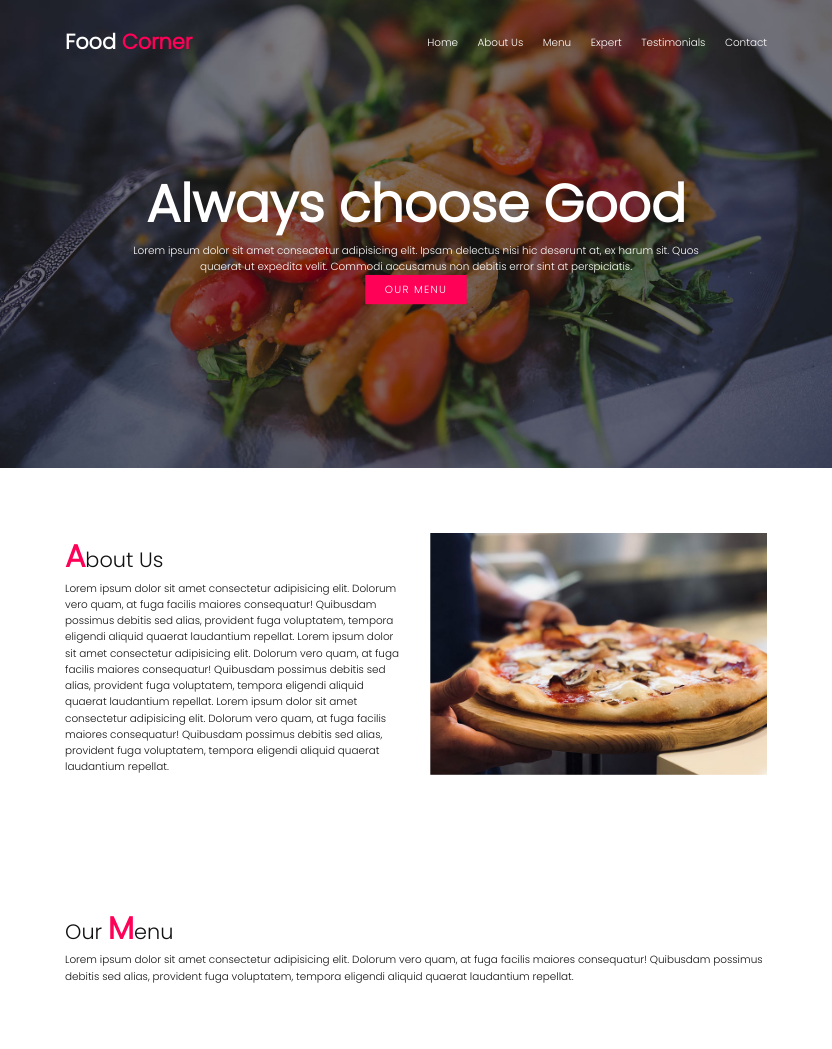
Repository: Adriandias1997/MobileFriendly_FoodWebsite
Page: index.html
An editor plug-in stored every save of this project. The page is shown before and after the next save, followed by the edit.
The browser window is 1280 px wide. The pictures show the whole page, at 65% of full size.

Above is the page before, as saved 2020-10-16 13:26:15.

After the next save:
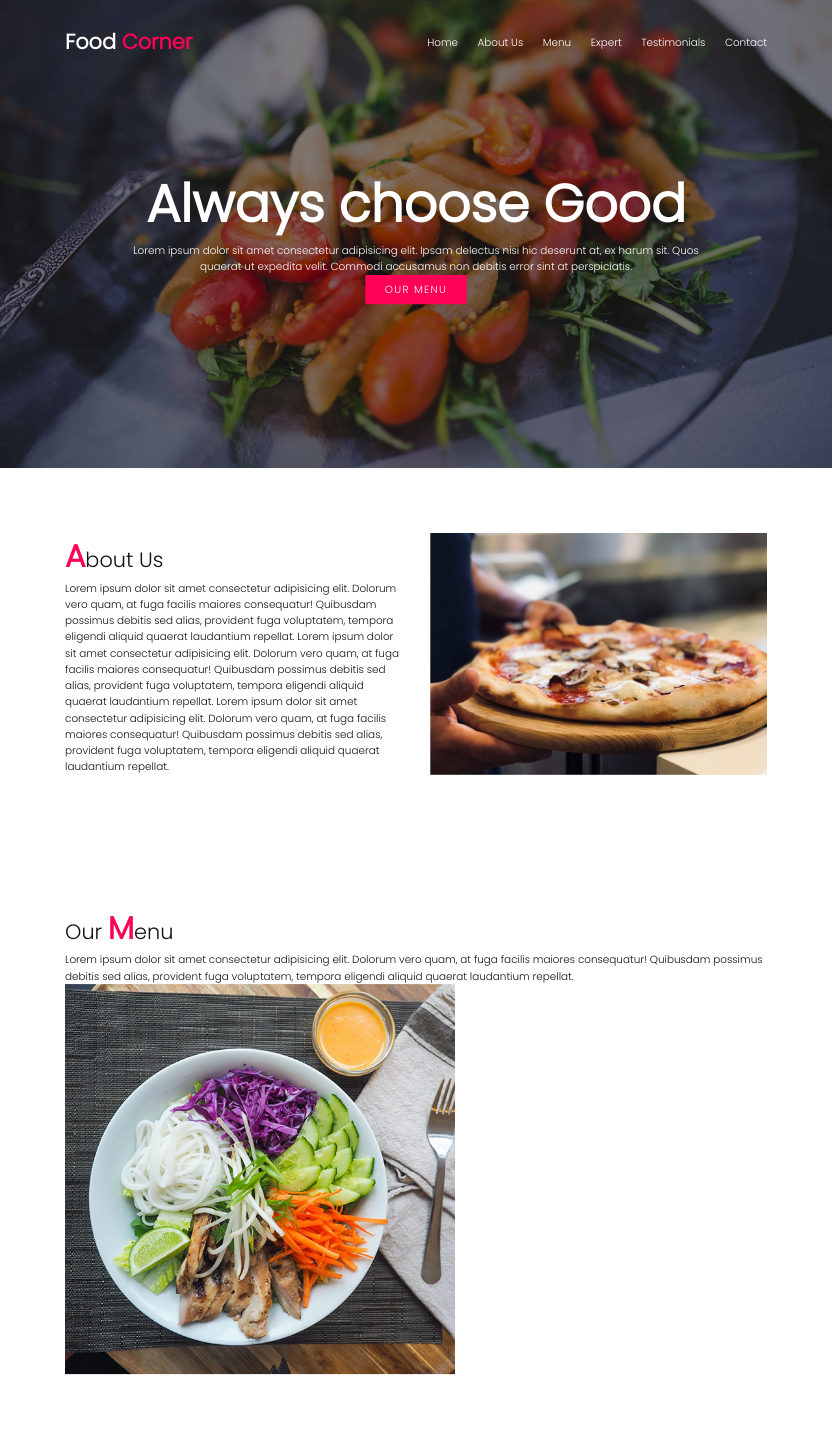
Saved 31 s later.
--- a/index.html
+++ b/index.html
@@ -53,6 +53,13 @@
             <p>Lorem ipsum dolor sit amet consectetur adipisicing elit. Dolorum vero quam, at fuga facilis maiores consequatur! Quibusdam possimus debitis sed alias, provident fuga voluptatem, tempora eligendi aliquid quaerat laudantium repellat.
             </p>
         </div>
+        <div class="content">
+            <div class="box">
+                <div class="imgBx">
+                    <img src="Images/menu1.jpg" alt="">
+                </div>
+            </div>
+        </div>
     </section>
 
     <script src="index.js"></script>
